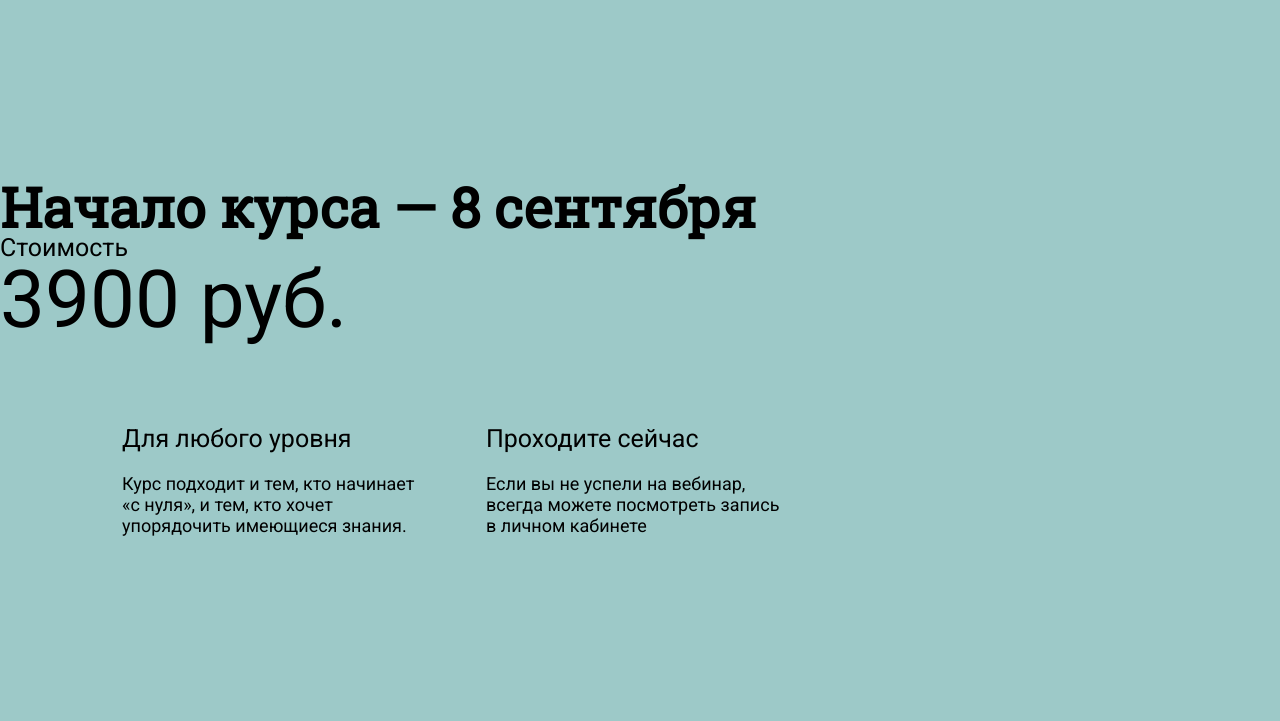
Repository: NatiqSamiyev/fiqma-task3
Page: index.html
These files come from the project's save history. The page is drawn as it stood at one moment and after the next save; the edit follows.
The browser window is 1280 px wide. The pictures show the whole page.

Above is the page before, as saved 2023-08-09 13:18:41.

After the next save:
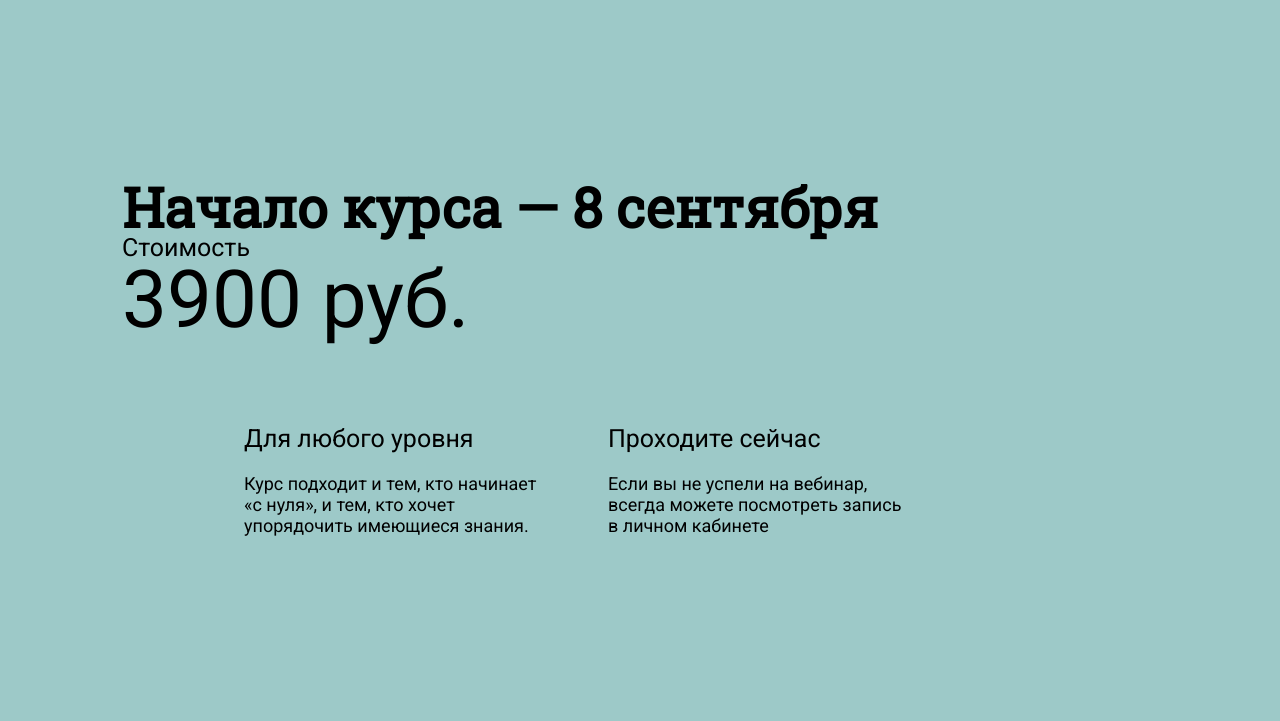
Saved 7 s later.
--- a/index.css
+++ b/index.css
@@ -8,7 +8,7 @@
 .container {
   width: 100%;
   min-height: 100vh;
-  padding: 179px 0 185px;
+  padding: 179px 0 185px 122px;
   background: #9dc9c8;
 }
 
